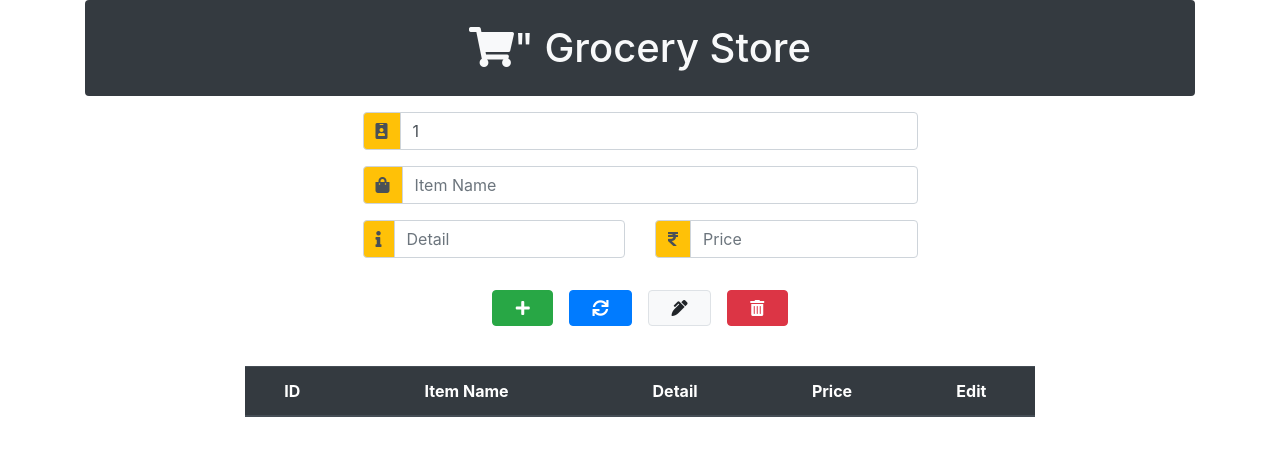
Repository: abhishekhy10/phpcrud
Page: http://localhost/crud/idex.php
The author's editor kept a copy of each file at every save. The page is drawn from the files as they stood at one save, then again after the next save.
The browser window is 1280 px wide. The pictures show the whole page.
Some web libraries are served in a nearby version. The page is run by PHP 8.4 with error messages shown; the project is at /var/www/html/. Queries for data that is not in the repository find no rows.

Above is the page before, as saved 2021-10-13 19:29:18.

After the next save:
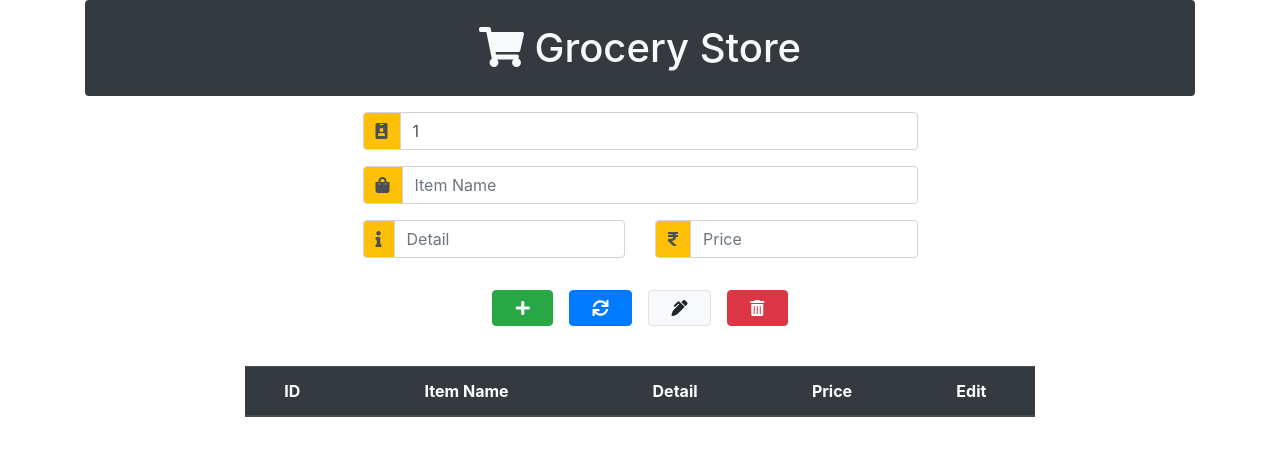
Saved 17 s later.
--- a/crud/idex.php
+++ b/crud/idex.php
@@ -24,7 +24,7 @@ require_once ("../crud/php/operation.php");
 
 <main>
     <div class="container text-center">
-        <h1 class="py-4 bg-dark text-light rounded"><i class="fas fa-shopping-cart"></i>" Grocery Store</h1>
+        <h1 class="py-4 bg-dark text-light rounded"><i class="fas fa-shopping-cart"></i> Grocery Store</h1>
 
         <div class="d-flex justify-content-center">
             <form action="" method="post" class="w-50">
